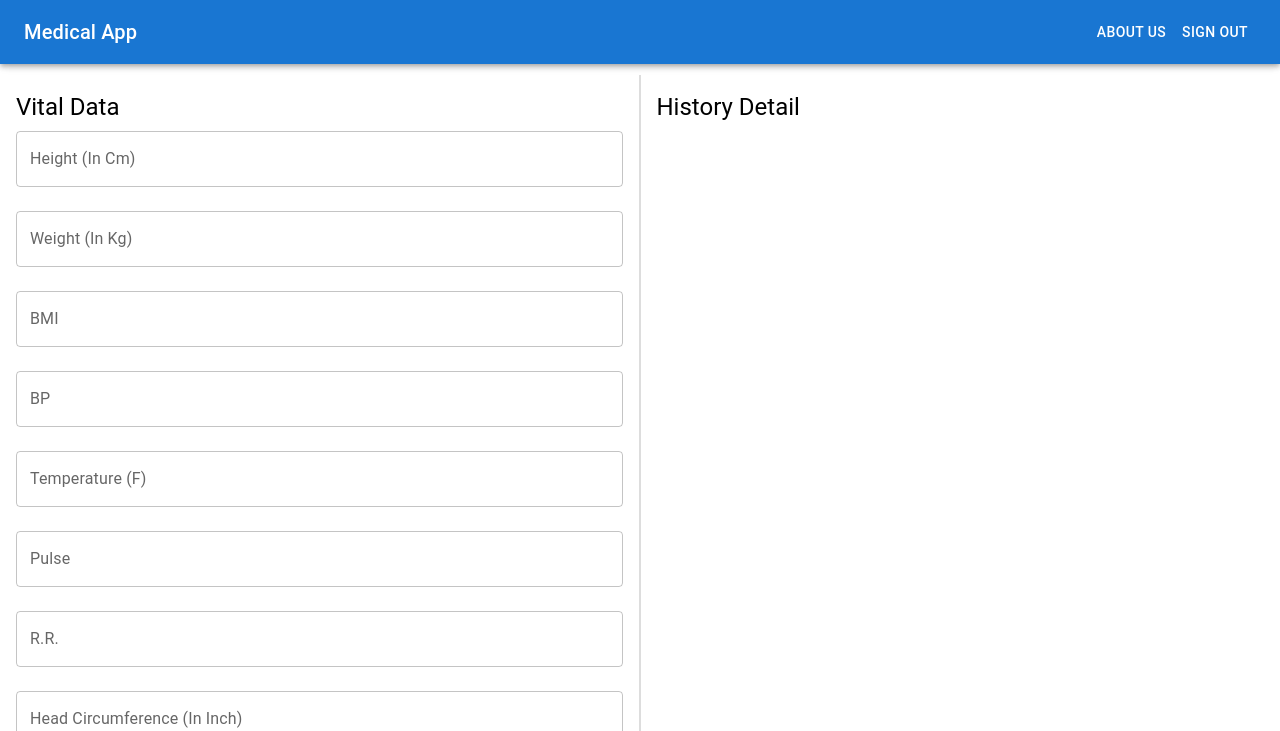
Repository: sshaiv/demo_project
Page: /
The author's editor kept a copy of each file at every save. The page is drawn from the files as they stood at one save, then again after a run of saves.
The browser window is 1280 px wide. The pictures show the whole page.
Pictures or frames that could not be fetched are drawn as grey boxes. An inner scrolling area shows only its first screen. The project was rebuilt for these pictures with package versions that can differ from the ones it lists, and the page was loaded fresh each time.

Above is the page before, as saved 2024-08-12 20:34:17.

After the next 2 saves:
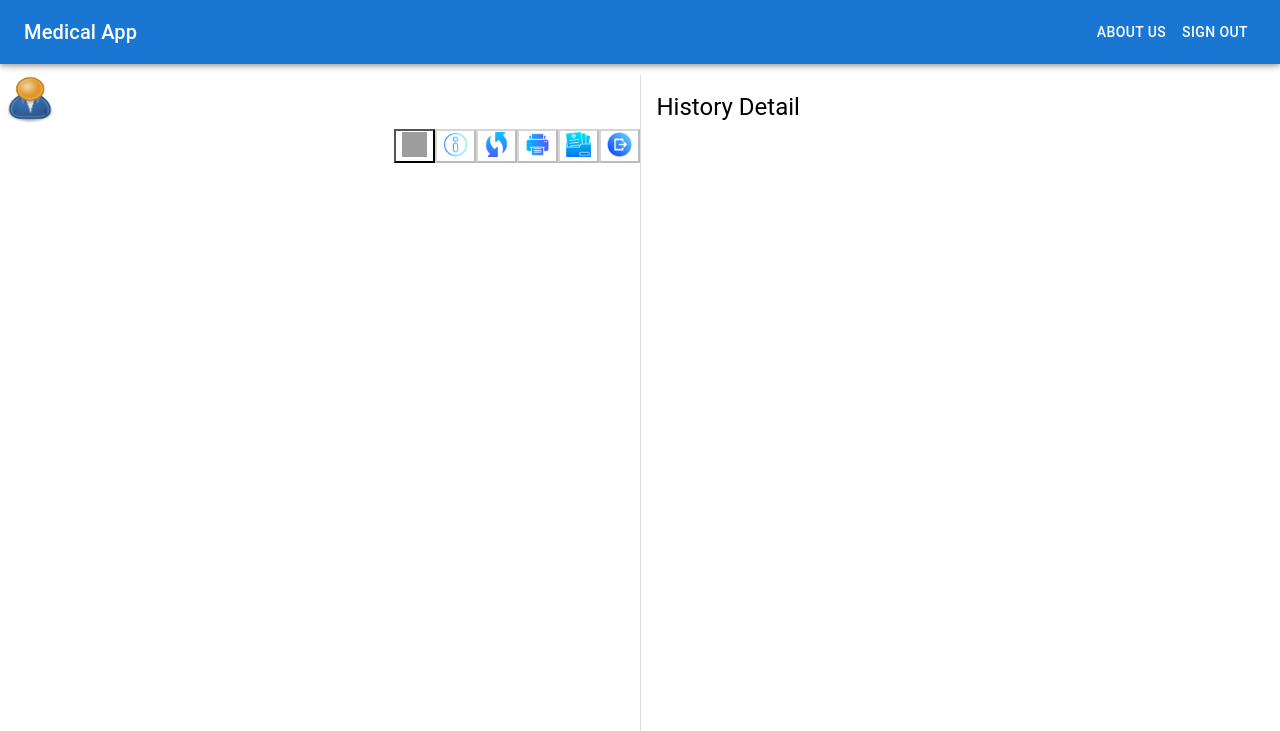
The 2 saves are shown as one change because they came seconds apart.
The last was saved 36 s later.
--- a/src/components/LeftSection.jsx
+++ b/src/components/LeftSection.jsx
@@ -4,54 +4,7 @@ import { Box, Typography, TextField, Grid } from '@mui/material';
 
 const LeftSection = () => {
   return (
-    <Box
-      sx={{
-        width: '100%',
-        height: 'calc(100vh - 64px)',
-        overflowY: 'scroll',
-        padding: '16px',
-        boxSizing: 'border-box',
-        borderRight: '1px solid #ddd',
-      }}
-    >
-      <Typography variant="h5" gutterBottom>
-        Vital Data
-      </Typography>
-      {/* Add your form fields or content here */}
-      <Grid container spacing={3}>
-        <Grid item xs={12}>
-          <TextField label="Height (In Cm)" fullWidth />
-        </Grid>
-        <Grid item xs={12}>
-          <TextField label="Weight (In Kg)" fullWidth />
-        </Grid>
-        <Grid item xs={12}>
-          <TextField label="BMI" fullWidth />
-        </Grid>
-        <Grid item xs={12}>
-          <TextField label="BP" fullWidth />
-        </Grid>
-        <Grid item xs={12}>
-          <TextField label="Temperature (F)" fullWidth />
-        </Grid>
-        <Grid item xs={12}>
-          <TextField label="Pulse" fullWidth />
-        </Grid>
-        <Grid item xs={12}>
-          <TextField label="R.R." fullWidth />
-        </Grid>
-        <Grid item xs={12}>
-          <TextField label="Head Circumference (In Inch)" fullWidth />
-        </Grid>
-        <Grid item xs={12}>
-          <TextField label="SpO2 (%)" fullWidth />
-        </Grid>
-        <Grid item xs={12}>
-          <TextField label="Pain Score" fullWidth />
-        </Grid>
-        {/* Add more fields as needed */}
-      </Grid>
-    </Box>
+   <div></div>
   );
 };
 
